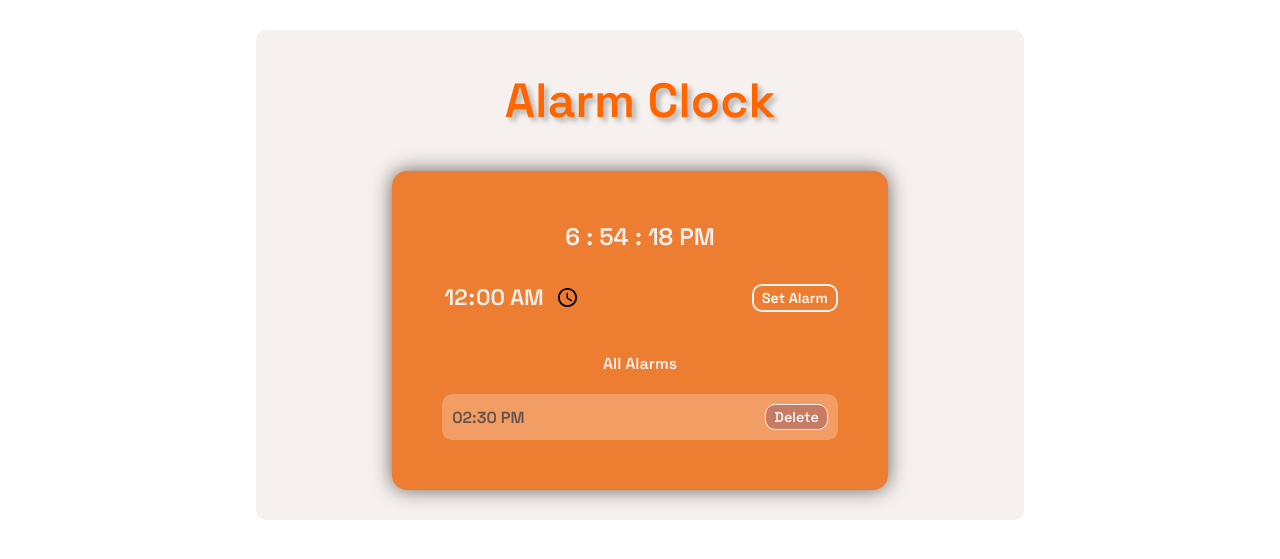
Repository: Pragya016/Alarm-Clock
Page: Index.html
An editor plug-in stored every save of this project. The page is shown before and after a run of saves, followed by the edit.
The browser window is 1280 px wide. The pictures show the whole page.

Above is the page before, as saved 2024-01-19 22:23:09.

### Index.html
<!DOCTYPE html>
<html lang="en">

<head>
    <meta charset="UTF-8">
    <meta name="viewport" content="width=device-width, initial-scale=1.0">
    <!-- css stylesheet -->
    <link rel="stylesheet" href="styles.css">

    <title>Alarm Clock</title>
</head>

<body>
    <div id="box">
        <h1>Alarm Clock</h1>
        <div class="container">

            <!-- showing the current time -->
            <div id="current-time">
                <h2 class="cur-time"></h2>
            </div>

            <!-- to set the alarm -->
            <div id="set-alarm">
                <h3>
                    <input type="time" class="set-time" value="00:00">
                </h3>
                <button type="button" id="set-alarm-btn">
                    Set Alarm
                </button>
            </div>

            <!-- list of alarms that are already been set -->
            <div id="all-alarms">
                <p class="heading"><b>All Alarms</b>
                </p>
                <div class="alarm">
                    <p class="preSetAlarmTime">
                        02:30 PM
                    </p>
                    <button type="button" class="dlt-alarm-btn">
                        Delete
                    </button>
                </div>
            </div>
        </div>
    </div>
    <!-- script -->
    <script src="clock.js"></script>
</body>

</html>

### styles.css
@import url('https://fonts.googleapis.com/css2?family=IBM+Plex+Mono:wght@700&family=Space+Grotesk:wght@600&display=swap');

/* default css styles */
:root {
    --creamColor : #F6F1EE;
    --orangeShadeDark : #ff6600;
    --OrangeColor : #ED7D31;
    --brownColor : #6C5F5B;
    --brownShadeDarker : #5f534f;
    --orangeShadeDarker : #ba4c28;
}

body, html{
    margin: 0;
    padding: 0;
}

*{
    box-sizing: border-box;
    margin: 0;
        font-family: 'IBM Plex Mono', monospace;
font-family: 'Space Grotesk', sans-serif;
}

/* main container */
#box{
    height: auto;
    padding: 30px;
    width: 60%;
    margin: 30px auto;
    border-radius: 10px;
    background-color: var(--creamColor);
}

#box h1{
    color: var(--orangeShadeDark);
    text-align: center;
    margin-top: 10px;
    font-size: 3rem;
    overflow: hidden;
    text-shadow: 4px 4px 5px rgb(179, 178, 178);
}

/* ----------------------------- */

.container {
    color: var(--creamColor);
    height: auto;
    width: 70%;
    overflow: scroll;
    margin: 40px auto 0;
    padding: 50px;
    font-family: Arial, Helvetica, sans-serif;
    display: flex;
    flex-direction: column;
    /* letter-spacing: 3px; */
    align-items: center;
    border-radius: 15px;
    background-color: var(--OrangeColor);
    box-shadow: 0px 0px 20px var(--brownColor);
}

/* ----------------------------- */
/* set alarm container */

#set-alarm {
    display: flex;
    justify-content: space-between;
    width: 100%;
    margin: 30px auto 20px auto;
}

.set-time {
    border: none;
    background-color: #00000000;
    color: var(--creamColor);
}

.set-time{
    border: none;
    font-size: larger;
    font-weight: 600;
}

/* ----------------------------- */
/* all alarms container */

#all-alarms {
    margin-top: 20px;
    display: flex;
    justify-content: space-between;
    width: 100%;
    height: auto;
    flex-direction: column;
    align-items: center;
}

#all-alarms .heading {
    color: var(--creamColor);
}

.alarm{
    display: flex;
    justify-content: space-between;
    width: 100%;
    padding: 10px;
    background-color: rgba(255, 255, 255, 0.247);
    margin-top: 20px;align-items: center;
    border-radius: 10px;
}

.alarm .preSetAlarmTime {
    font-size: 1rem;
    color: var(--brownShadeDarker);
}

.dlt-alarm-btn{
    border: 1px solid var(--creamColor);;
    background-color: hsl(15, 47%, 58%);
    color: var(--creamColor);
}

.dlt-alarm-btn:hover {
    border-color:var(--orangeShadeDarker);
    background-color: #F6F1EE;
    color: var(--orangeShadeDarker);
}

/* ----------------------------- */

button {
    width: auto;
    margin: auto 0;
    border-radius: 10px;
    font: 600;
    font-size: 0.9rem;
    border: none;
     padding: 3px 8px;
    border: 2px solid #F6F1EE;;
    background-color: #ED7D31;
    cursor: pointer;
    color: white;
}

button:hover{
   color: #ce5300;
    background-color: var(--creamColor);
}

### clock.js

// selecting all the elements of html
const currentTime = document.querySelector('.cur-time');
const setNewAlarm = document.querySelector('.set-time');
const setNewAlarmBtn = document.querySelector('#set-alarm-btn');
const preSetAlarmTime = document.querySelector('.preSetAlarmTime');
const deleteBtn = document.querySelector('.dlt-alarm-btn');
const allAlarmsContainer = document.querySelector('#all-alarms');



// --------------------------------------------
// display the current time

function updateTime() {
    let currentDate = new Date();
    let hours = currentDate.getHours();
    let minutes = currentDate.getMinutes();
    let seconds = currentDate.getSeconds();

    // selecting am or pm
    var ampm = (hours >= 12) ? "PM" : "AM";

    // getting hours minutes and seconds
    hours = (hours < 10) ? "0" + hours : hours - 12;
    minutes = (minutes < 10) ? "0" + minutes : minutes;
    seconds = (seconds < 10) ? "0" + seconds : seconds;

    // setting the tet content to current time
    let currentTimeString = `${hours} : ${minutes} : ${seconds} ${ampm}`;
    currentTime.textContent = currentTimeString;
}

setInterval(updateTime, 1000);
updateTime();


// --------------------------------------------
// setting new alarm

setNewAlarmBtn.addEventListener('click', () => {
    // getting the input value
    const timeInput = setNewAlarm.value;
    let [hourVal, minVal] = timeInput.split(':');

        // console.log(minVal, hourVal)
        if (hourVal === '00') {
            hourVal = 12;
        }

        // html for newly created alarm
    const newAlarm = `
            <div class="alarm">
                <p class="preSetAlarmTime">
                    ${hourVal}:${minVal} ${hourVal >= 12 ? 'PM' : 'AM'}
                </p>
                <button type="button" class="dlt-alarm-btn">
                    Delete
                </button>
            </div>
        `;

        // inserting the html to the container
        setTimeout(() => {
            allAlarmsContainer.insertAdjacentHTML('beforeend', newAlarm);
            setNewAlarm.value = '00:00';
            startCountDown(hourVal, minVal);
        }, 300);

});

// --------------------------------------------
function startCountDown(hours, minutes) {
    // calculating seconds
    const totalMin = (hours * 60) + minutes;
    let totalSeconds = totalMin * 60;

    setTimeout(() => {
        alert('alarm ended!!')
    }, totalSeconds)
}


// --------------------------------------------
// deleting the alarm
allAlarmsContainer.addEventListener('click', (e) => {
    // checking if delete alarm btn is present or not
    if (e.target.classList.contains('dlt-alarm-btn')) {

        // finding the closest element
        const alarmElement = e.target.closest('.alarm');

        // deleting the alarm
        if (alarmElement) {
            setTimeout(() => {
                alarmElement.remove();
            }, 300);
        }
    }
});

After the next 2 saves:
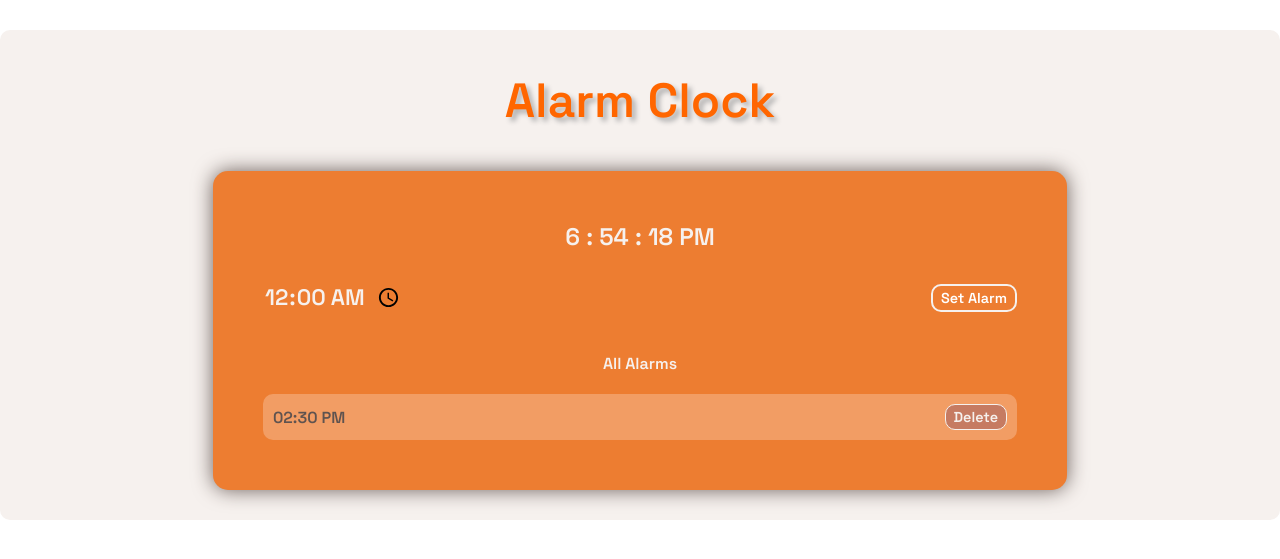
The 2 saves are shown as one change because they came seconds apart.
The last was saved 52 s later.
--- a/styles.css
+++ b/styles.css
@@ -26,7 +26,7 @@ font-family: 'Space Grotesk', sans-serif;
 #box{
     height: auto;
     padding: 30px;
-    width: 60%;
+    width: 100%;
     margin: 30px auto;
     border-radius: 10px;
     background-color: var(--creamColor);
